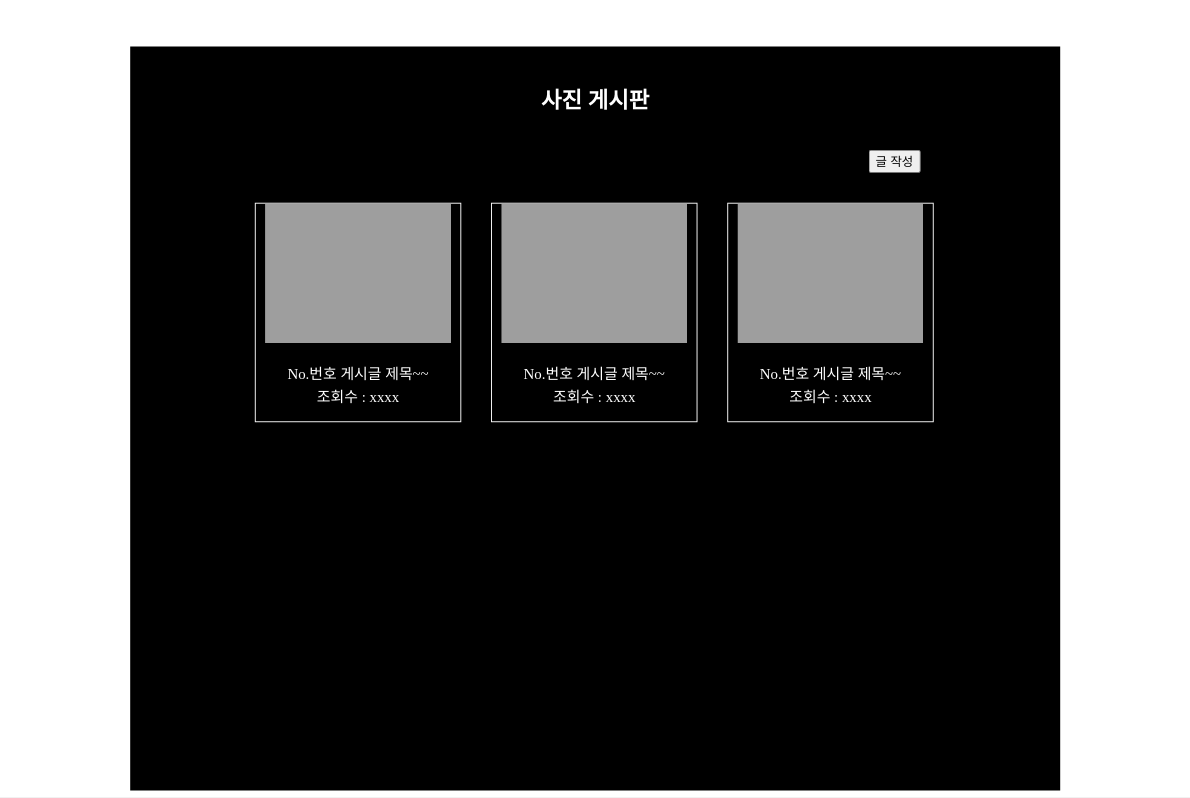
Repository: alsrnr45/dev
Page: http://localhost/jspProject/views/board/thumbnailListView.jsp
The author's editor kept a copy of each file at every save. The page is drawn from the files as they stood at one save, then again after the next save.
The browser window is 1280 px wide. The pictures show the whole page, at 93% of full size.
Pictures or frames that could not be fetched are drawn as grey boxes. The page is served by Tomcat 9. Other server files are loaded and not shown.

Above is the page before, as saved 2021-04-12 05:57:46.

### jspProject/WebContent/views/board/thumbnailListView.jsp
<%@ page language="java" contentType="text/html; charset=UTF-8"
    pageEncoding="UTF-8"%>
<!DOCTYPE html>
<html>
<head>
<meta charset="UTF-8">
<title>Insert title here</title>
<style>
    .outer{
        background:black;
        color: white;
        width:1000px;
        height: 800px;
        margin:auto;
        margin-top:50px;
    }

    .listArea{
        width:760px;
        margin:auto;
    }

    .thumbnail{
        border:1px solid white;
        width:220px;
        display: inline-block;
        margin:14px;
    }

    .thumbnail:hover{
        cursor:pointer;
        opacity:0.7;
    }

</style>

</head>
<body>
    <div class="outer">

        <br>
        <h2 align="center">사진 게시판</h2>
        <br>

        <!-- 로그인한 사용자만 볼 수 있는 버튼 -->
        <div align="right" style="width:850px;">
            <button>글 작성</button>
            <br><br>
        </div>

        <div class="listArea">

            <div class="thumbnail" align="center">
                <img src="해당게시글메인이미지경로" alt="" width="200" height="150">
                <p>
                    No.번호 게시글 제목~~ <br>
                    조회수 : xxxx
                </p>
            </div>

            <div class="thumbnail" align="center">
                <img src="해당게시글메인이미지경로" alt="" width="200" height="150">
                <p>
                    No.번호 게시글 제목~~ <br>
                    조회수 : xxxx
                </p>
            </div>

            <div class="thumbnail" align="center">
                <img src="해당게시글메인이미지경로" alt="" width="200" height="150">
                <p>
                    No.번호 게시글 제목~~ <br>
                    조회수 : xxxx
                </p>
            </div>

        </div>

    </div>
</body>
</html>

### jspProject/WebContent/views/common/menubar.jsp
<%@ page language="java" contentType="text/html; charset=UTF-8"
    pageEncoding="UTF-8"%>
<%@ page import="com.kh.member.model.vo.Member" %>
<%
	// Member 타입 변수에 session의 loginUser 담기
	Member loginUser = (Member)session.getAttribute("loginUser");
	// > 로그인 전 menubar.jsp 로딩시 : loginUser => null
	// > 로그인 성공 후 menubar.jsp 로딩시 : loginUser => 로그인한 회원의 정보들이 담겨있는 객체
	// > 이 페이지를 include하는 곳은 이 loginUser라는 멤버객체를 마음껏 쓸 수있다!
	String contextPath = request.getContextPath();

%>
<!DOCTYPE html>
<html>
<head>
<meta charset="UTF-8">
<title>Insert title here</title>
<style>
    #loginForm, #userInfo{float:right;}
    #userInfo a{color:black; text-decoration:none; font-size:12px;}

    .navWrap{background-color:black;}
    .menu{
        display:table-cell;
        height:50px;
        width:150px;
        }
    .menu a{
        text-decoration:none;
        color:white;
        font-size:20px;
        line-height:50px;
        font-weight:bold;
        display:block;
        width:100%;
        height:100%;
    }
    .menu a:hover{background:darkgray}
</style>

<!-- Latest compiled and minified CSS -->
<link rel="stylesheet" href="https://maxcdn.bootstrapcdn.com/bootstrap/4.5.2/css/bootstrap.min.css">

<!-- jQuery library -->
<script src="https://ajax.googleapis.com/ajax/libs/jquery/3.5.1/jquery.min.js"></script>

<!-- Popper JS -->
<script src="https://cdnjs.cloudflare.com/ajax/libs/popper.js/1.16.0/umd/popper.min.js"></script>

<!-- Latest compiled JavaScript -->
<script src="https://maxcdn.bootstrapcdn.com/bootstrap/4.5.2/js/bootstrap.min.js"></script>
</head>
<body>

	<script>
		var msg = "<%= session.getAttribute("alertMsg") %>"; // 알람창으로 출력할 메세지
		// var msg = "메세지"   / "null";

		if(msg != "null"){
			alert(msg);
			// session에 한 번 담아둔 건 내가 지우기 전 까지 계속 남아있다 (메뉴바 포함된 매 페이지가 열릴때마다 alert 계속 뜰 것)
			// 알람창 띄워준 후에 session에 담긴 메세지 지워야함!!
			<% session.removeAttribute("alertMsg");%>
		}

	</script>

	<h1 align="center">Welcome JSP World</h1>

    <div class="loginArea">

		<!-- loginUser 값의 null 유무에 따라 로그인전, 로그인 후 화면 정하기 -->
		<% if(loginUser == null){ %>
        <!-- 1. 로그인 전에 보여지는 로그인 form -->
        <!-- 이제부터는 "/jsp" 대신 request.getContextPath() 로  작성-->
        <!-- method="post" : 입력한 값 url에 노출x -->
        <form action="<%= contextPath %>/login.me" id="loginForm" method="post">
            <table>

                <tr>
                    <th><label for="userId">아이디 : </label></th>
                    <td><input type="text" name="userId" id="userId" required></td>
                </tr>
                <tr>
                    <th><label for="userPwd">비밀번호 : </label></th>
                    <td><input type="password" name="userPwd" id="userPwd" required></td>
                </tr>
                <tr>
                    <th colspan="2">
                        <button type="submit">로그인</button>
                        <button type="button" onclick="enrollPage();">회원가입</button>
                    </th>
                    <script>
                    	function enrollPage(){
                    		//loacation.href="/jsp/views/member/memberEnrollForm.jsp";
                    		// 웹 애플리케이션의 디렉토리 구조가 url에 노출되면 보안에 위험

                    		// 단순한 정적인 페이지 이동이라고 해도 반드시 servlet요청후 forwarding 방식으로 응답
                    		// => url에 servlet매핑값만 노출된다!
                    		location.href = "<%= request.getContextPath() %>/enrollForm.me";
                    	}
                    </script>
                </tr>
            </table>

        </form>

		<% }else { %>
        <!-- 2. 로그인 성공 후 div -->

        <div id="userInfo">
            <b><%= loginUser.getUserName() %>님 </b>의 방문을 환영합니다. <br><br>

            <div align="center">
                <a href="<%= contextPath %>/myPage.me">마이페이지</a>
                <a href="<%= contextPath %>/logout.me">로그아웃</a>
            </div>
        </div>
        <% } %>

    </div>

    <br clear="both"> <br>


    <div class="navWrap" align="center">
        <!-- (.menu>a)*4 -->
        <div class="menu"><a href="<%=contextPath%>">HOME</a></div>
        <div class="menu"><a href="<%=contextPath%>/list.no">공지사항</a></div>
        <div class="menu"><a href="<%=contextPath%>/list.bo?currentPage=1">일반게시판</a></div>
        <div class="menu"><a href="<%=contextPath%>/list.th">사진게시판</a></div>

    </div>

</body>
</html>

After the next save:
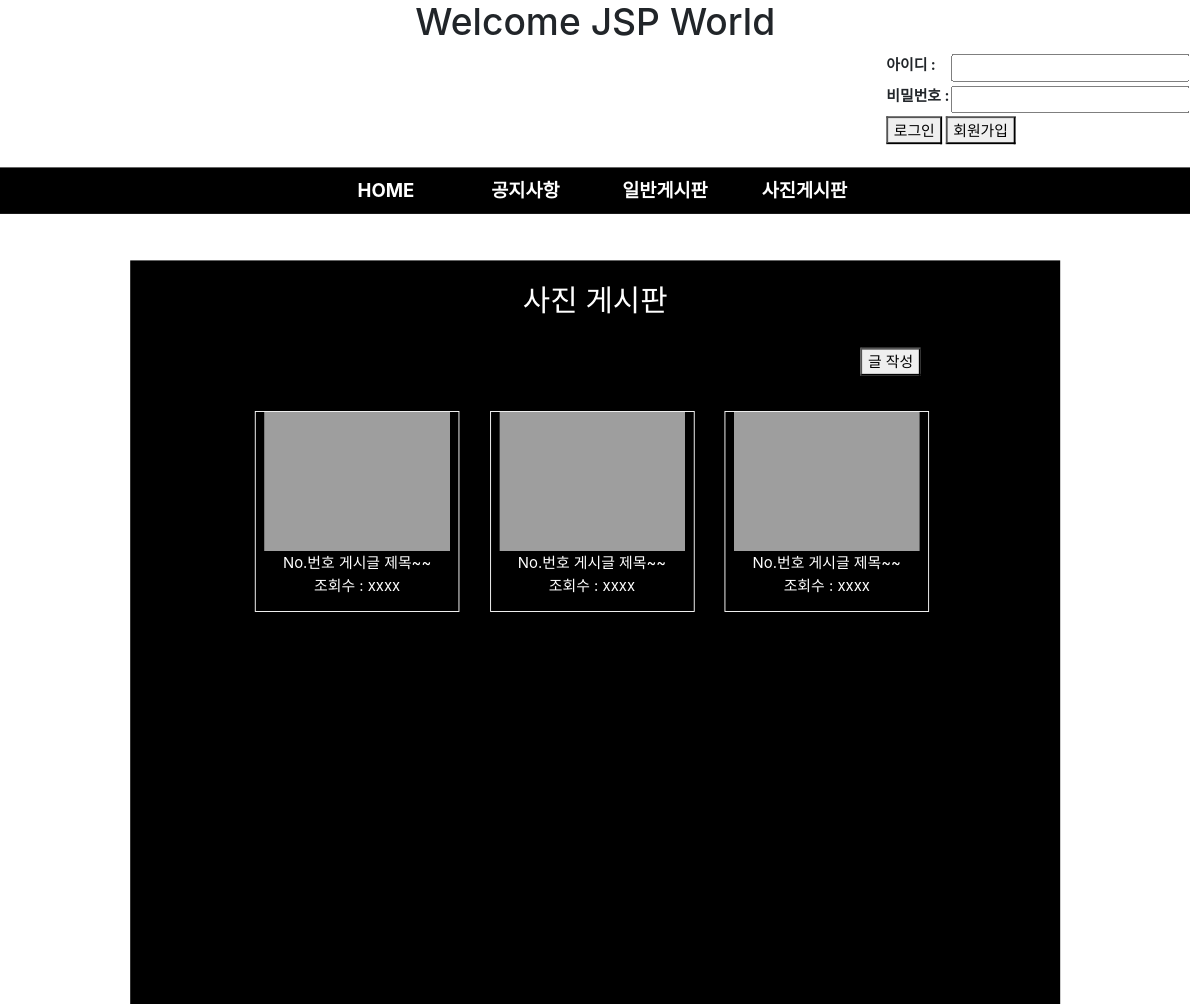
Saved 73 s later.
--- a/jspProject/WebContent/views/board/thumbnailListView.jsp
+++ b/jspProject/WebContent/views/board/thumbnailListView.jsp
@@ -36,6 +36,9 @@
 
 </head>
 <body>
+
+	<%@ include file="../common/menubar.jsp" %>
+
     <div class="outer">
 
         <br>
